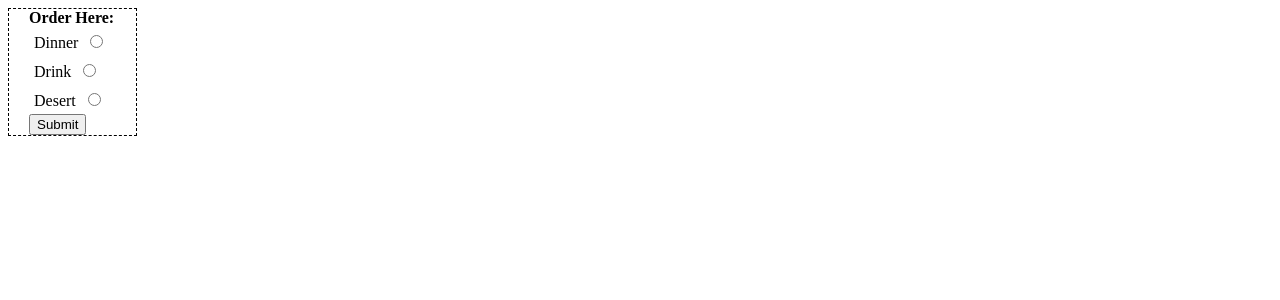
Repository: AyushMahatara/vue-simple-restaurant-order
Page: index.html
The author's editor kept a copy of each file at every save. The page is drawn from the files as they stood at one save, then again after the next save.
The browser window is 1280 px wide. The pictures show the whole page.

Above is the page before, as saved 2024-01-11 10:19:49.

### index.html
<!DOCTYPE html>
<html lang="en">
  <head>
    <meta charset="UTF-8" />
    <meta name="viewport" content="width=device-width, initial-scale=1.0" />
    <title>Restaurant Order</title>
    <style>
      #app {
        border: dashed black 1px;
        display: inline-block;
        padding: 0 20px;
      }
      #app label,
      #app li {
        padding: 5px;
        border-radius: 5px;
      }
      #app input[type="radio"] {
        margin: 8px;
      }
      #app label:hover {
        cursor: pointer;
        background-color: lightgray;
      }
      ul {
        list-style-type: none;
      }
      li {
        margin: 2px;
        width: 17ch;
        height: 35px;
        line-height: 35px;
        text-align: center;
        background-color: rgb(211, 254, 211);
      }
      .impClass {
        background-color: rgb(255, 202, 202);
      }
      #ulFound li {
        text-decoration: line-through;
        background-color: rgb(230, 230, 230);
      }
      form img {
        width: 50px;
      }
      li img {
        float: right;
        height: 100%;
      }
      h4 {
        margin: 0;
      }
    </style>
  </head>
  <body>
    <div id="app">
      <h4>Order Here:</h4>
      <form v-on:submit.prevent="addItem">
        <label for=""
          >Dinner
          <input type="radio" value="Dinner" name="" v-model="itemType" id="" />
        </label>
        <br />
        <label for=""
          >Drink
          <input type="radio" value="Drink" name="" v-model="itemType" id="" />
        </label>
        <br />
        <label for=""
          >Desert
          <input type="radio" value="Desert" name="" v-model="itemType" id="" />
        </label>
        <br />

        <p v-show="itemType">
          <label for="">
            <select required v-model="itemName" v-on:change="newUrl">
              <option value="" selected disabled>Select Item</option>
              <option
                value=""
                v-for="item in preDefItems"
                v-bind:value="item.name"
                v-show="item.type === itemType"
                v-bind:data-url="item.imgUrl"
              >
                {{ item.name }}
              </option>
            </select>
          </label>
        </p>

        <button>Submit</button>
      </form>
    </div>
  </body>

  <script src="https://unpkg.com/vue@3/dist/vue.global.js"></script>

  <script>
    const app = Vue.createApp({
      data() {
        return {
          itemType: "",
          itemName: "",
          itemUrl: "",
          itemNumber: null,
          preDefItems: [
            { name: "Burrito", type: "Dinner", imgUrl: "img_burrito.svg" },
            { name: "Pizza", type: "Dinner", imgUrl: "img_pizza.svg" },
            { name: "Pho Soup", type: "Dinner", imgUrl: "img_soup.svg" },
            { name: "Spaghetti", type: "Dinner", imgUrl: "img_spaghetti.svg" },
            { name: "Fish", type: "Dinner", imgUrl: "img_fish.svg" },
            { name: "Cake", type: "Dessert", imgUrl: "img_cake.svg" },
            { name: "Rice", type: "Dinner", imgUrl: "img_rice.svg" },
            { name: "Salad", type: "Dinner", imgUrl: "img_salad.svg" },
            { name: "Coke", type: "Drink", imgUrl: "img_soda.svg" },
            { name: "Green Soda", type: "Drink", imgUrl: "img_greenSoda.svg" },
            { name: "Doughnut", type: "Dessert", imgUrl: "img_doughnut.svg" },
            { name: "Ice Cream", type: "Dessert", imgUrl: "img_iceCream.svg" },
            { name: "Lemonade", type: "Drink", imgUrl: "img_lemonade.svg" },
            { name: "Pancakes", type: "Dessert", imgUrl: "img_pancakes.svg" },
            { name: "Water", type: "Drink", imgUrl: "img_water.svg" },
          ],
          order: [],
        };
      },
      methods: {
        addItem() {
          let item = {
            name: this.itemName,
            number: this.itemNumber,
            url: this.itemUrl,
          };
          this.order.push(item);
          this.itemType = "";
          this.itemName = "";
          this.itemNumber = null;
          this.itemUrl = "";
        },
      },
    });
    app.mount("#app");
  </script>
</html>

After the next save:
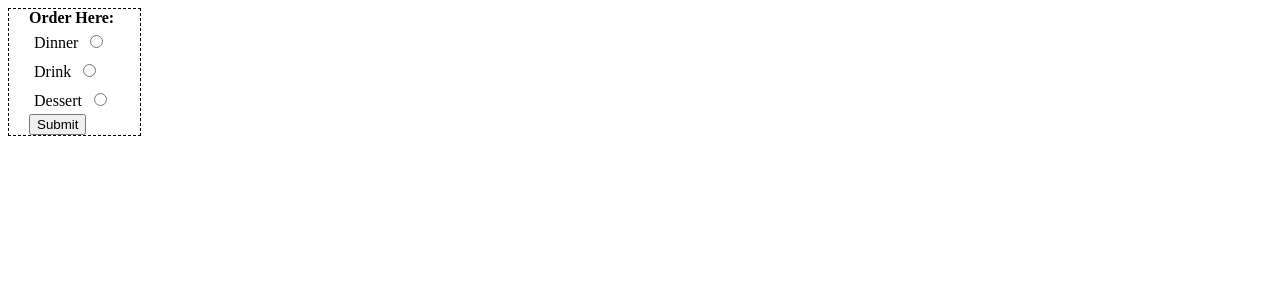
Saved 29 s later.
--- a/index.html
+++ b/index.html
@@ -67,8 +67,14 @@
         </label>
         <br />
         <label for=""
-          >Desert
-          <input type="radio" value="Desert" name="" v-model="itemType" id="" />
+          >Dessert
+          <input
+            type="radio"
+            value="Dessert"
+            name=""
+            v-model="itemType"
+            id=""
+          />
         </label>
         <br />
 
